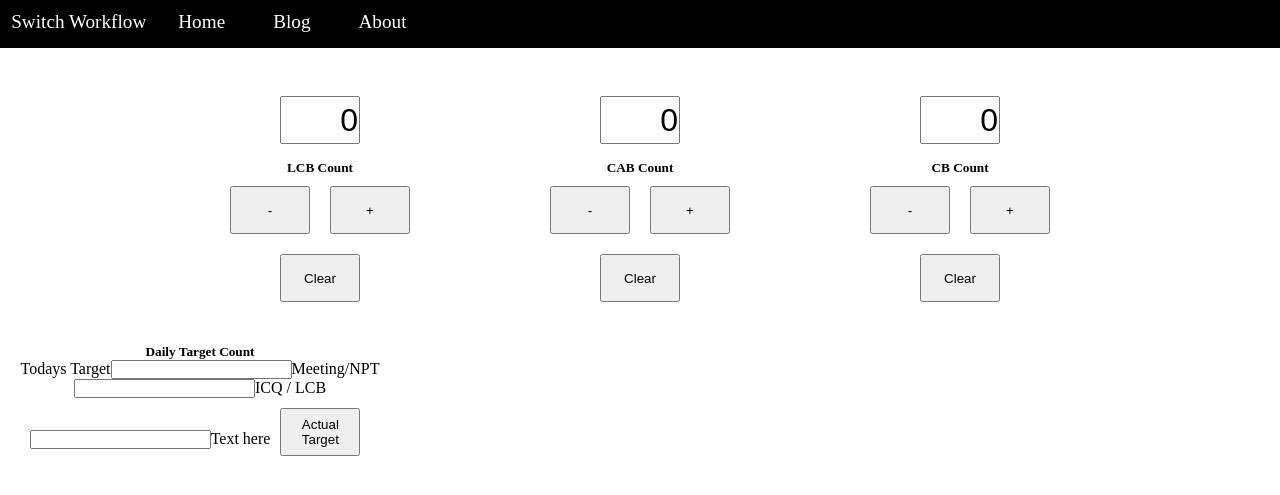
Repository: suraj-yadav7/SwitchWorkflow-Count-reactjs
Page: /
These files come from the project's save history. The page is drawn as it stood at one moment and after the next save; the edit follows.
The browser window is 1280 px wide. The pictures show the whole page.
The project was rebuilt for these pictures with package versions that can differ from the ones it lists, and the page was loaded fresh each time.

Above is the page before, as saved 2023-04-18 21:48:55.

### src/App.js
import './App.css';
import DailyTarget from './Components/DailyTarget';
import TitleCount from './Components/TitleCount';

function App() {
  return (
    <>
    <TitleCount />
    <DailyTarget />
    </>
  );
}

export default App;

### src/App.css
*{
  margin: 0;
  padding: 0;
  box-sizing: border-box;
}

button{
  width: 5rem;
  margin: 10px;
  height: 3rem;
}
li,a{
  list-style: none;
}
/* Nav bar */
nav{
  width: 100%;
  height: 3rem;
  display: flex;
  padding: 0.7rem;
  background-color: black;
  color: white;
  font: 400 1.2rem san-serif;
}
nav > ul{
  display: flex;
  gap: 3rem;
  margin-left: 2rem;
}

.container1{
  display:flex ;
  justify-content: center;
  align-items: center;
  gap: 2rem;
  padding: 2rem;
}

.card-body{
  text-align: center;
}

.card >input{
  width: 5rem;
  height: 3rem;
  font-size: 2rem;
  text-align: right;
  margin:1rem  6.5rem;
}

### src/Components/DailyTarget.jsx
import React from 'react'

const DailyTarget = () => {
    return (
        <>
            <div className='dailyTarget'>
                <div class="card" style={{ width: "25rem" }}>
                    <div class="card-body">
                        <h5 class="card-title">Daily Target Count</h5>
                        <span>Todays Target</span><input type='text' name="todaysTarget" />
                        <span>Meeting/NPT</span><input type='text' name="npt" />
                        <span>ICQ / LCB</span><input type='text' name="icq" />
                        <span>Text here</span><button >Actual Target</button>
                    </div>
                </div>

            </div>
        </>
    )
}

export default DailyTarget

### src/Components/TitleCount.jsx
import React from 'react'
import { useState, useEffect } from 'react'
const TitleCount = () => {

    const [lcbCount, setLcbCount] = useState(parseInt(localStorage.getItem("lcbKey")) || 0)
    const [cbCount, setcbCount] = useState(parseInt(localStorage.getItem("cbKey")) || 0)
    const [cabCount, setCabCount] = useState(parseInt(localStorage.getItem("cabKey")) || 0)

    useEffect(()=>{
        localStorage.setItem("lcbKey", lcbCount)
        localStorage.setItem("cbKey", cbCount)
        localStorage.setItem("cabKey", cabCount)
    },[lcbCount,cbCount,cabCount])

    return (
        <>
        <nav>
            <span>Switch Workflow</span>
                <ul>
                    <li>Home</li>
                    <li>Blog</li>
                    <li>About</li>
                </ul>
        </nav>
            <div className="container1">
                <div class="card" style={{width: "18rem"}}>
                    <input type='text' name="lcbCount" value={lcbCount}/>
                    <div class="card-body">
                        <h5 class="card-title">LCB Count</h5>
                        <button onClick={()=>setLcbCount(val => (lcbCount>0 ? val-1: 0))}>-</button>
                        <button onClick={()=>setLcbCount(val => val+1)}>+</button>
                        <button onClick={()=>setLcbCount(0)}>Clear</button>
                    </div>
                </div>
                <div class="card" style={{width: "18rem"}}>
                    <input type='text' name="cabCount" value={cabCount}/>
                    <div class="card-body">
                        <h5 class="card-title">CAB Count</h5>
                        <button onClick={()=>setCabCount(val => (cabCount>0 ? val-1: 0))}>-</button>
                        <button onClick={()=>setCabCount(val => val+1)}>+</button>
                        <button onClick={()=>setCabCount(0)}>Clear</button>
                    </div>
                </div>
                <div class="card" style={{width: "18rem"}}>
                    <input type='text' name="cbCount" value={cbCount}/>
                    <div class="card-body">
                        <h5 class="card-title">CB Count</h5>
                        <button onClick={()=>setcbCount(val => (cbCount>0 ? val-1: 0))}>-</button>
                        <button onClick={()=>setcbCount(val => val+1)}>+</button>
                        <button onClick={()=>setcbCount(0)}>Clear</button>
                    </div>
                </div>
            </div>

        </>
    )
}

export default TitleCount

Loaded but not shown: src/index.js (common file)

After the next save:
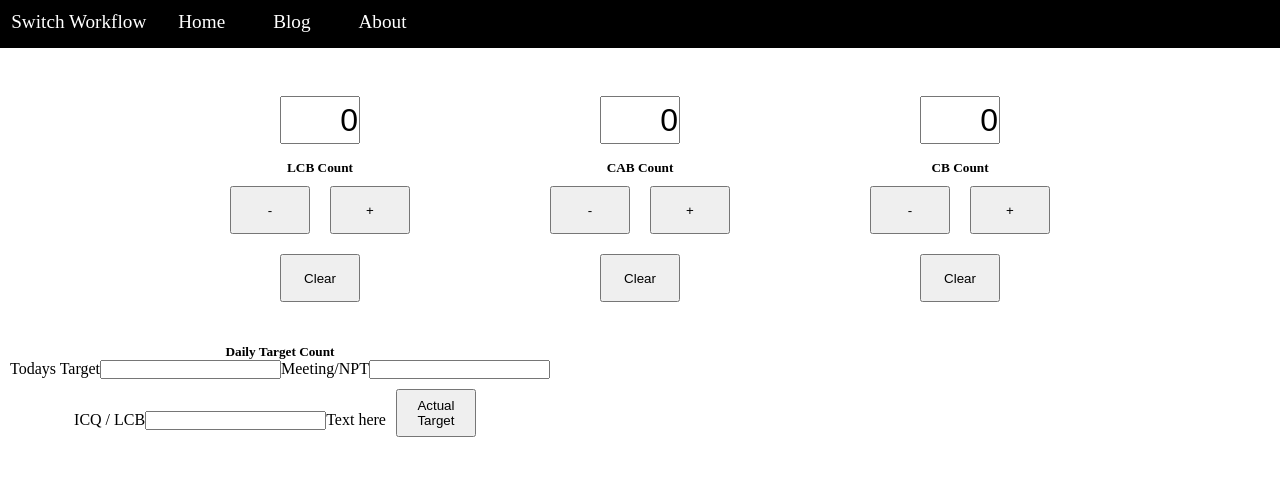
Saved 9 s later.
--- a/src/Components/DailyTarget.jsx
+++ b/src/Components/DailyTarget.jsx
@@ -4,7 +4,7 @@ const DailyTarget = () => {
     return (
         <>
             <div className='dailyTarget'>
-                <div class="card" style={{ width: "25rem" }}>
+                <div class="card" style={{ width: "35rem" }}>
                     <div class="card-body">
                         <h5 class="card-title">Daily Target Count</h5>
                         <span>Todays Target</span><input type='text' name="todaysTarget" />
